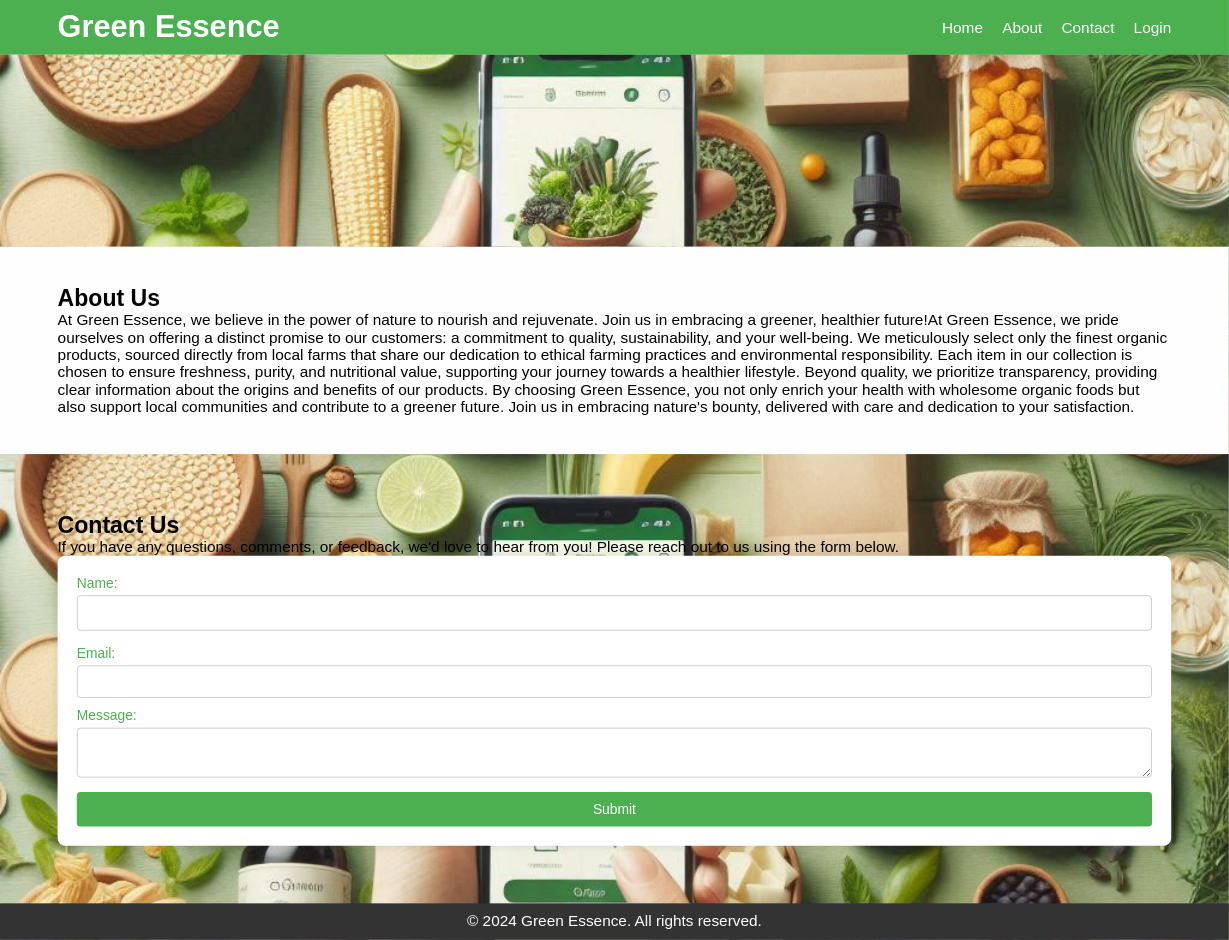
Repository: niki3210/Sahyadri
Page: Projectorganic/index.html
An editor plug-in stored every save of this project. The page is shown before and after the next save, followed by the edit.
The browser window is 1280 px wide. The pictures show the whole page, at 96% of full size.
Backgrounds fixed to the window are drawn as part of the page.

Above is the page before, as saved 2024-06-21 17:27:20.

### Projectorganic/index.html
<!DOCTYPE html>
<html lang="en">
<head>
    <meta charset="UTF-8">
    <meta name="viewport" content="width=device-width, initial-scale=1.0">
    <title>Green Essence - Organic Food Products</title>
    <link rel="stylesheet" href="styles.css">

</head>
<body>
    <header>
        <div class="container">
            <h1>Green Essence</h1>
            <nav>
                <ul>
                    <li><a href="#home">Home</a></li>
                    <li><a href="#about">About</a></li>
                    <li><a href="#contact">Contact</a></li>
                    <li><a href="login.html">Login</a></li>

                </ul>
            </nav>
        </div>
    </header>

    <section id="home">
        <div class="container">




        </div>
    </section>

    <section id="about">
        <div class="container">
            <h2>About Us</h2>
            <p>At Green Essence, we believe in the power of nature to nourish and rejuvenate. Join us in embracing a greener, healthier
                future!At Green Essence, we pride ourselves on offering a distinct promise to our customers: a commitment to quality,
                sustainability, and your well-being. We meticulously select only the finest organic products, sourced directly from
                local farms that share our dedication to ethical farming practices and environmental responsibility. Each item in
                our collection is chosen to ensure freshness, purity, and nutritional value, supporting your journey towards a
                healthier lifestyle. Beyond quality, we prioritize transparency, providing clear information about the origins and
                benefits of our products. By choosing Green Essence, you not only enrich your health with wholesome organic foods
                but also support local communities and contribute to a greener future. Join us in embracing nature's bounty,
                delivered with care and dedication to your satisfaction.</p>
        </div>
    </section>

    <section id="contact">
        <div class="container">
            <h2>Contact Us</h2>
            <p>If you have any questions, comments, or feedback, we'd love to hear from you! Please reach out to us using the form below.</p>
            <div class="contact-form">
                <form action="/submit_contact" method="POST">
                    <label for="name">Name:</label>
                    <input type="text" id="name" name="name" required>
                    <div class="error" id="name-error"></div>

                    <label for="email">Email:</label>
                    <input type="email" id="contact-email" name="email" required>
                    <div class="error" id="contact-email-error"></div>

                    <label for="message">Message:</label>
                    <textarea id="message" name="message" rows="" required></textarea>
                    <div class="error" id="message-error"></div>

                    <button type="submit">Submit</button>
                </form>
            </div>
        </div>
    </section>




<footer>
<div class="container">
    <p>&copy; 2024 Green Essence. All rights reserved.</p>
</div>


</body>
</html>

### Projectorganic/styles.css
/* Combined CSS for Home, Login, and Register Pages */

/* Reset default browser styles */
* {
    box-sizing: border-box;
    margin: 0;
    padding: 0;
}

/* Global styles */
body {
    font-family: Arial, sans-serif;
    color: black;
    margin: 0;
    padding: 0;
    box-sizing: border-box;
    min-height: 100vh; /* Ensure body extends to at least the full height of the viewport */
    display: flex;
    flex-direction: column; /* Use flexbox to make sure footer stays at the bottom */
}

/* Header styles */
header {
    background-color: #4CAF50;
    color: white;
    padding: 10px 0;
}

header .container {
    display: flex;
    justify-content: space-between;
    align-items: center;
    max-width: 1200px;
    margin: 0 auto;
    padding: 0 20px;
}

header h1 {
    margin: 0;
}

header nav ul {
    list-style: none;
    margin: 0;
    padding: 0;
    display: flex;
}

header nav ul li {
    margin-left: 20px;
}

header nav ul li a {
    color: white;
    text-decoration: none;
}

header nav ul li a:hover {
    text-decoration: underline;
}

/* Home Page Styles */
#home {
    background-image: url('backgroundhome.jpeg');
    background-size: cover;
    background-repeat: no-repeat;
    background-position: center;
    background-attachment: fixed;
    color: white;
    text-align: center;
    padding: 100px 20px;
}

section {
    padding: 60px 0;
}

.container {
    max-width: 1200px;
    margin: 0 auto;
    padding: 0 20px;
}

/* About Section */
#about {
    background-color: #fffefe;
    padding: 40px 0;
}

/* Contact Form Styles */
.contact-form {
    background-color: #fff;
    padding: 20px;
    box-shadow: 0 0 10px rgba(0, 0, 0, 0.1);
    border-radius: 8px;
}

.contact-form form {
    display: flex;
    flex-direction: column;
}

.contact-form label {
    margin-bottom: 5px;
    color: #4CAF50;
}

.contact-form input,
.contact-form textarea {
    margin-bottom: 15px;
    padding: 10px;
    border: 1px solid #ccc;
    border-radius: 4px;
}

.contact-form button {
    padding: 10px 15px;
    background-color: #4CAF50;
    color: #fff;
    border: none;
    border-radius: 4px;
    cursor: pointer;
    transition: background-color 0.3s ease;
}

.contact-form button:hover {
    background-color: #45a049;
}

/* Error Messages */
.error {
    color: red;
    font-size: 0.9em;
    margin-top: -10px;
    margin-bottom: 10px;
}




/* Login/Register Styles */
.login-container,
.register-container {
    max-width: 320px;
    margin: 0 auto;
    padding: 15px;
    background-color: rgb(255, 255, 255);
    border-radius: 3px;
    box-shadow: 0 0 10px rgba(0, 0, 0, 0.1);
    flex: 1; /* Use flex: 1 to push footer to the bottom */
    margin-top: 30px;
    margin-bottom: 60px;
    padding: 20px;
}

body {
    font-family: Arial, sans-serif;
    background-image: url('backgroundhome.jpeg');
    background-size: cover;
    color: black;
}

.login-form, .register-form {
    padding: 15px;
    margin-bottom: 30px;
}

.login-form h2, .register-form h2 {
    text-align: center;
    margin-bottom: 15px;
    font-size: 1.5em;
}

label {
    display: block;
    margin-bottom: 5px;
    font-size: 0.9em;
}

input[type="email"],
input[type="password"] {
    width: 100%;
    padding: 8px;
    margin-bottom: 10px;
    border: 1px solid #ccc;
    border-radius: 4px;
    font-size: 0.9em;
}

.error {
    color: red;
    font-size: 0.8em;
    margin-bottom: 10px;
}

button {
    background-color: #4CAF50;
    color: white;
    border: none;
    padding: 8px 15px;
    cursor: pointer;
    transition: background-color 0.3s ease;
    width: 100%;
    font-size: 0.9em;
}

button:hover {
    background-color: #45a049;
}

/* Footer Styles */
footer {
    background-color: #333;
    color: white;
    text-align: center;
    padding: 10px 0;
    width: 100%;

}

footer a {
    color: white;
    margin: 0 10px;
    text-decoration: none;
}

footer a:hover {
    text-decoration: underline;
}

/* Pop-up Styles */
.popup {
    display: none;
    position: fixed;
    top: 20px; /* Position the pop-up near the top of the page */
    left: 50%;
    transform: translateX(-50%);
    background-color: white;
    box-shadow: 0 0 10px rgba(0, 0, 0, 0.1);
    border-radius: 8px;
    z-index: 1000;
    width: 90%; /* Make it full width with some margin */
    max-width: 320px;
    padding: 10px 20px;
}

.popup-content {
    text-align: center;
}

.popup .close {
    position: absolute;
    top: 10px;
    right: 10px;
    cursor: pointer;
    font-size: 1.5em;
}

/* Dashboard Styles */
/* Dashboard Styles */
.dashboard-main {
    flex: 1;
    padding: 20px;
}

.dashboard-section {
    background-color: #ffffff;
    padding: 20px;
    margin-bottom: 20px;
    box-shadow: 0 0 10px rgba(0, 0, 0, 0.1);
    border-radius: 8px;
    transition: transform 0.3s ease, box-shadow 0.3s ease;
}

.dashboard-section:hover {
    transform: translateY(-5px); /* Lift section on hover */
    box-shadow: 0 5px 15px rgba(0, 0, 0, 0.2); /* Add a subtle lift effect */
}

.dashboard-section h2 {
    margin-bottom: 10px;
    color: #4CAF50;
}

.sales-table {
    overflow-x: auto;
    animation: slideIn 0.5s ease; /* Slide in animation for the table */
}

.sales-table table {
    width: 100%;
    border-collapse: collapse;
}

.sales-table th, .sales-table td {
    border: 1px solid #6dfb07;
    padding: 12px; /* Increase padding for better readability */
    text-align: left;
}

.sales-table th {
    background-color: #d1f3d0d0;
    color: #4CAF50; /* Green theme color for table headers */
    text-transform: uppercase;
}

.sales-table tr:nth-child(even) {
    background-color: #f9f9f9;
}

.sales-table tr:hover {
    background-color: #f2f2f2;
}

After the next save:
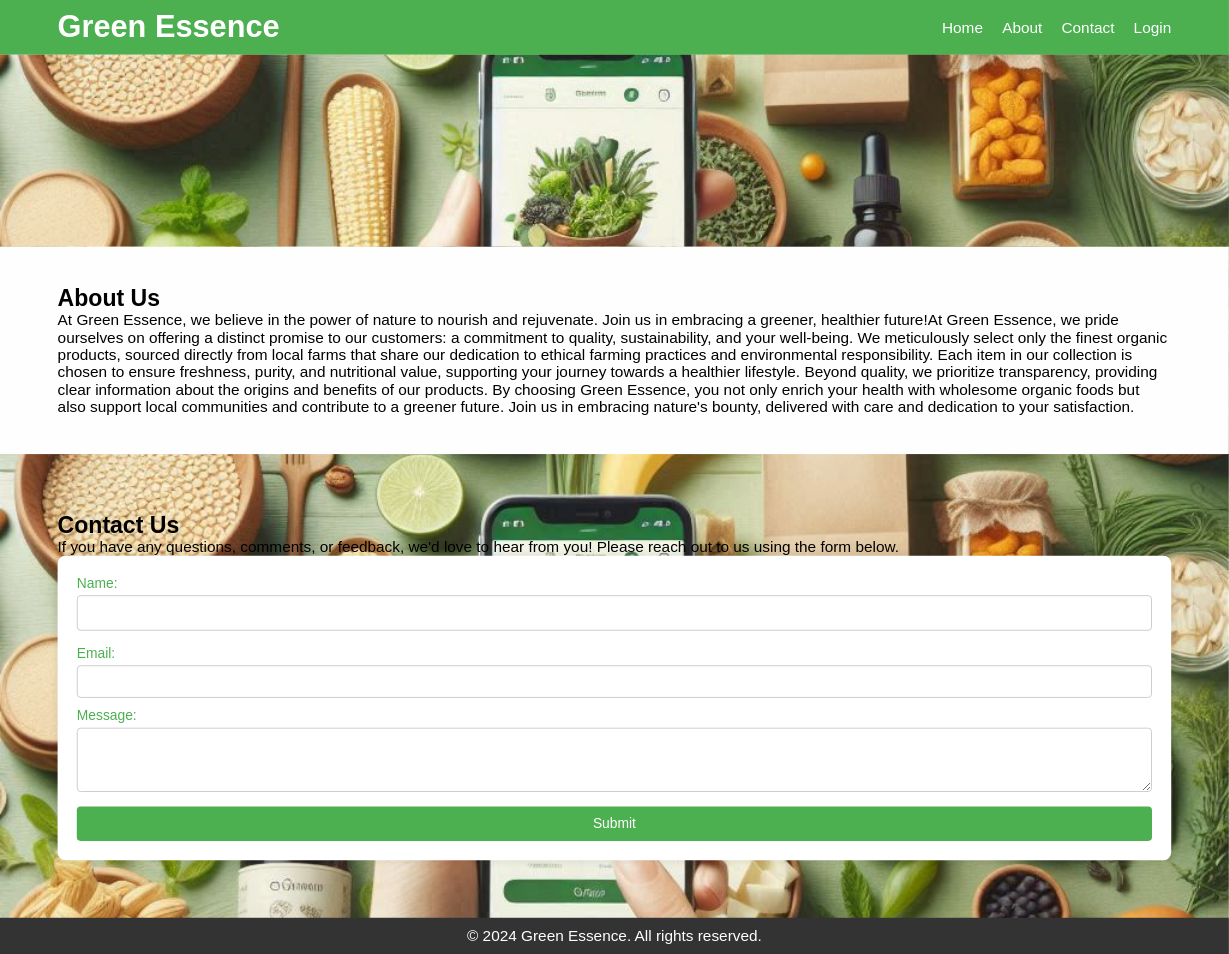
Saved 2 s later.
--- a/Projectorganic/index.html
+++ b/Projectorganic/index.html
@@ -62,7 +62,7 @@
                     <div class="error" id="contact-email-error"></div>
 
                     <label for="message">Message:</label>
-                    <textarea id="message" name="message" rows="" required></textarea>
+                    <textarea id="message" name="message" rows="3" required></textarea>
                     <div class="error" id="message-error"></div>
 
                     <button type="submit">Submit</button>
